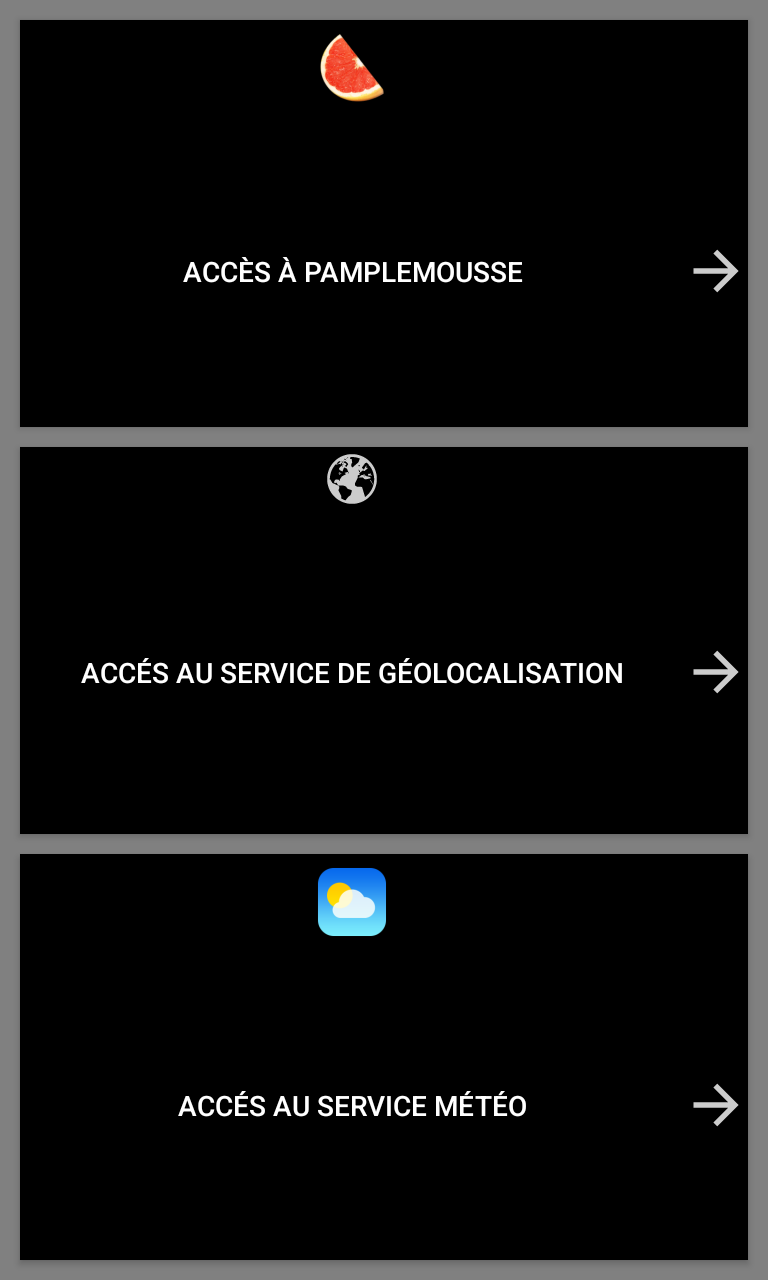
Repository: cpluuuusplus/WhoWantsKitKat
Layout: AppliPlus/res/layout/activity_menu_principal.xml
The author's editor kept a copy of each file at every save. The layout is drawn from the files as they stood at one save, then again after the next save.
It is drawn on a 768 x 1280 px phone screen (xhdpi) without system bars, with theme Theme.AppCompat.Light; the app's code is not run.

Above is the layout before, as saved 2014-05-12 14:47:41.

After the next save:
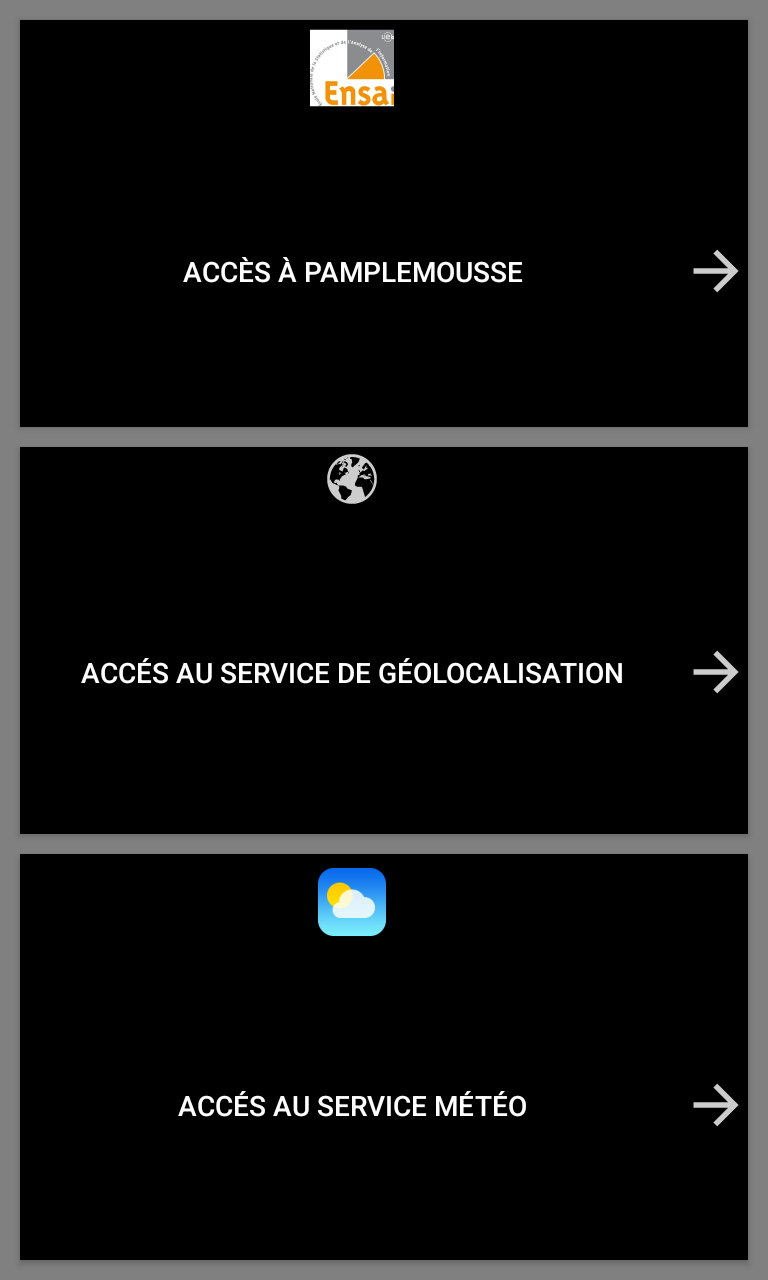
Saved 2 min 9 s later.
--- a/AppliPlus/res/layout/activity_menu_principal.xml
+++ b/AppliPlus/res/layout/activity_menu_principal.xml
@@ -15,7 +15,7 @@
         android:layout_weight="1"
         android:background="@color/black_color"
         android:drawableRight="@drawable/ic_action_forward"
-        android:drawableTop="@drawable/pamplemousse"
+        android:drawableTop="@drawable/ensai"
         android:onClick="pamplemousse"
         android:text="@string/pamp_viewer"
         android:textColor="@color/white" />
